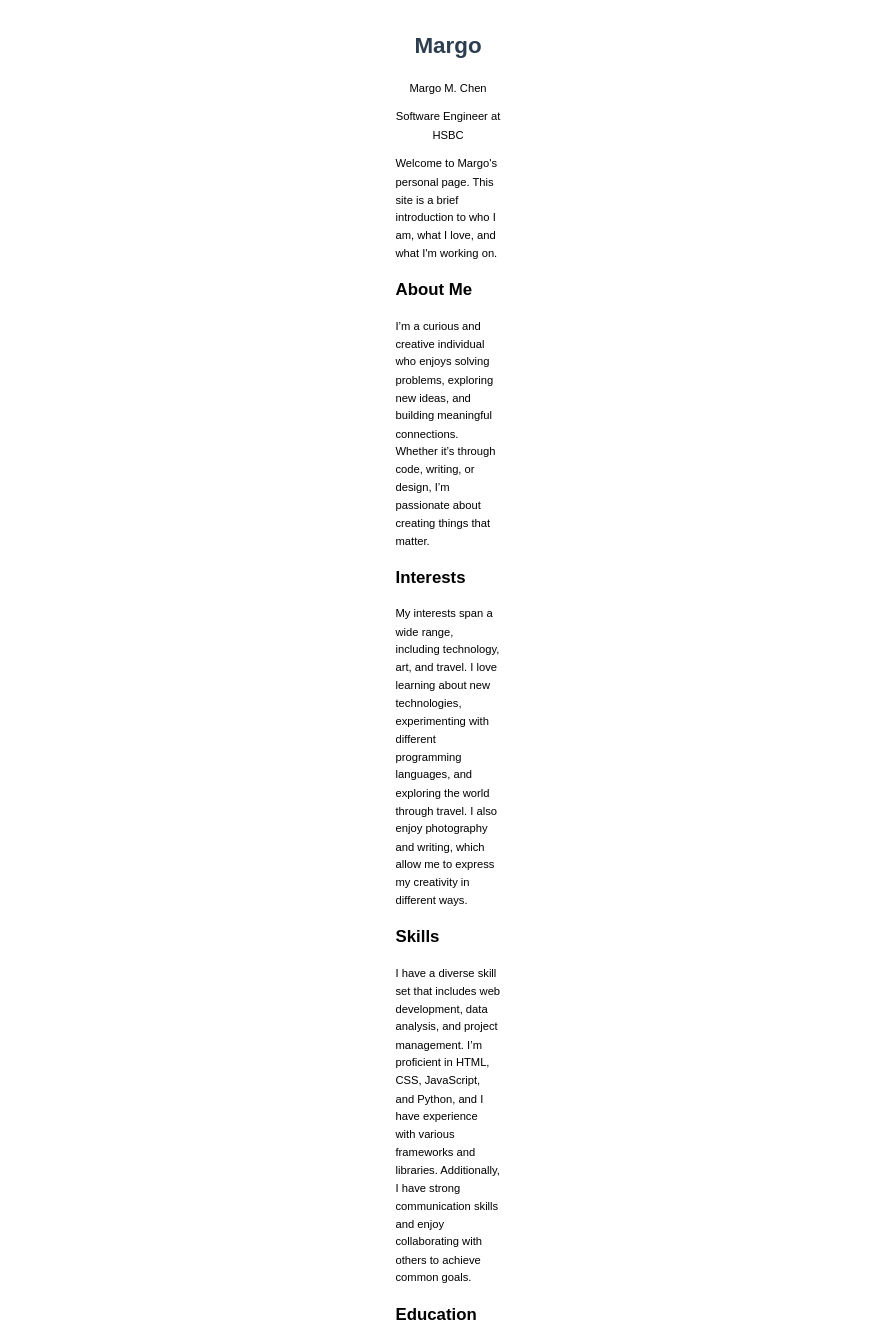
Repository: margo-m-chen/group_project
Page: my_file.html
These files come from the project's save history. The page is drawn as it stood at one moment and after the next save; the edit follows.
The browser window is 1280 px wide. The pictures show the part of the page from y = 0 to 1920 px (the page is 3495 px tall before and 3386 px after), at 70% of full size.

Above is the page before, as saved 2025-07-18 13:55:02.

After the next save:
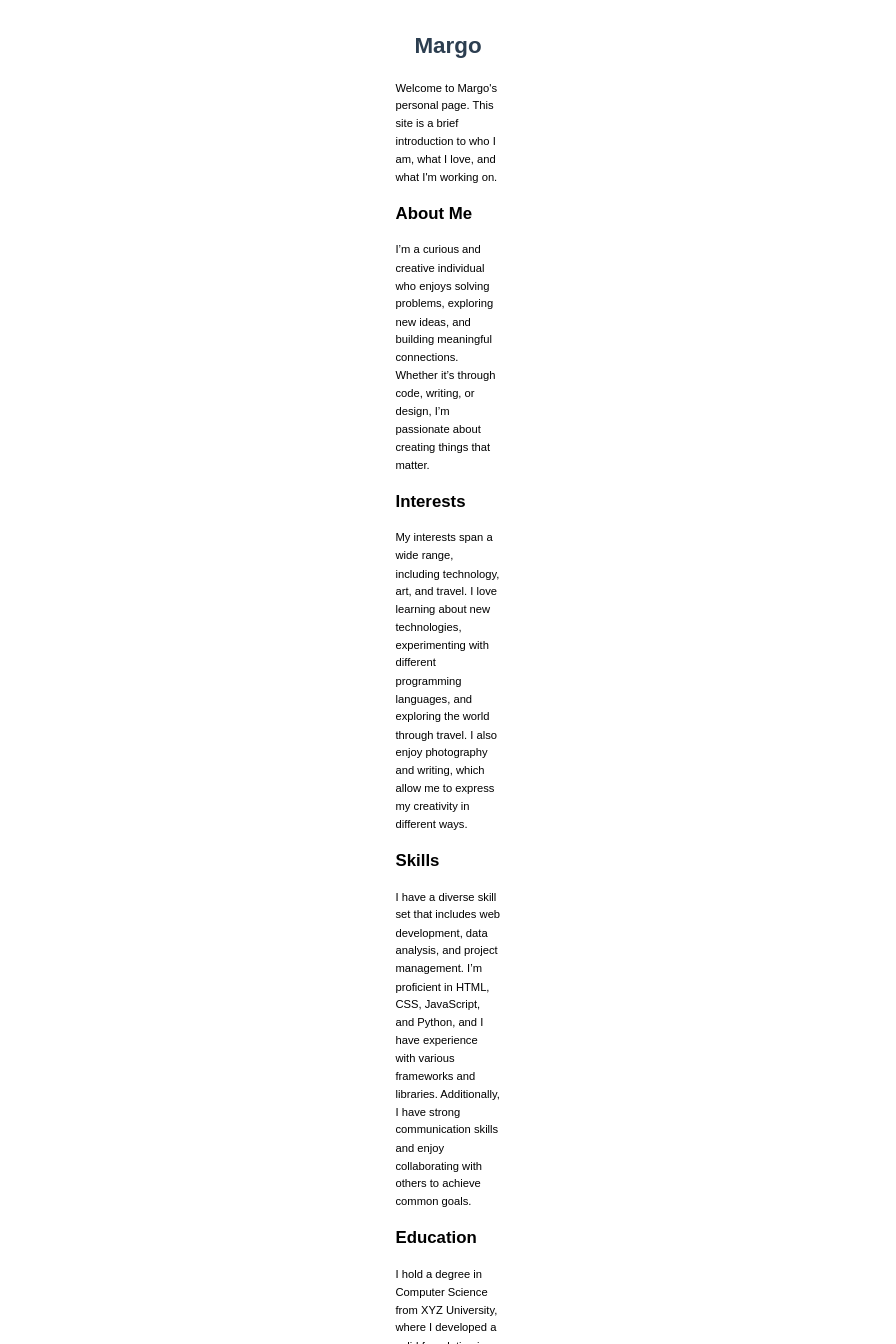
Saved 19 s later.
--- a/my_file.html
+++ b/my_file.html
@@ -23,8 +23,7 @@
 
     <photo src="https://avatars.githubusercontent.com/u/12345678?v=4" alt="Margo's Avatar"
         style="display: block; margin: 0 auto; width: 150px; height: 150px; border-radius: 50%;">
-        <p style="text-align: center;">Margo M. Chen</p>
-        <p style="text-align: center;">Software Engineer at HSBC</p>
+
         <p>
             Welcome to Margo's personal page. This site is a brief introduction to who I am, what I love, and what I'm
             working on.
